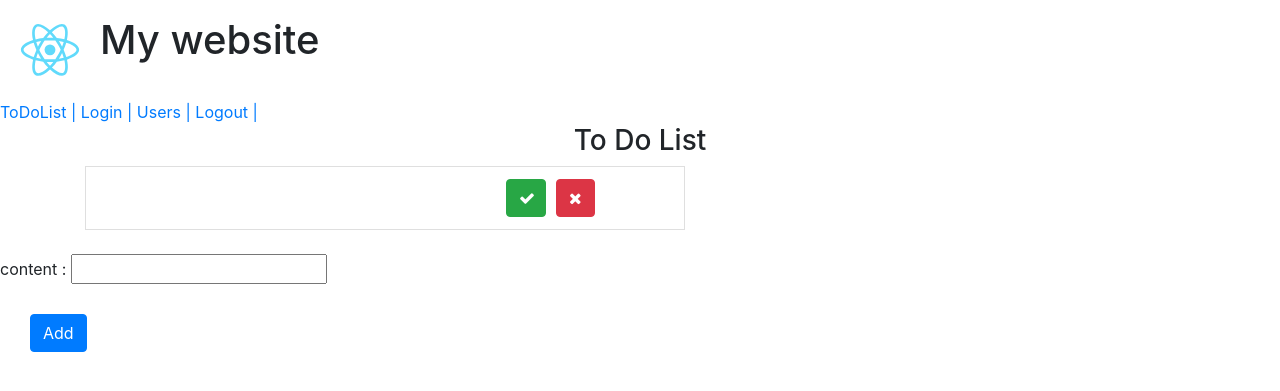
Repository: Marwa-Medhat/ReactJS-Labs
Page: /todolist (app in myapp/), after clicking the first element matching `button.btn`
These files come from the project's save history. The page is drawn as it stood at one moment and after the next save; the edit follows.
The browser window is 1280 px wide. The pictures show the whole page.
The project was rebuilt for these pictures with package versions that can differ from the ones it lists, and the page was loaded fresh each time.

Above is the page before, as saved 2021-04-28 22:25:58.

After the next save:
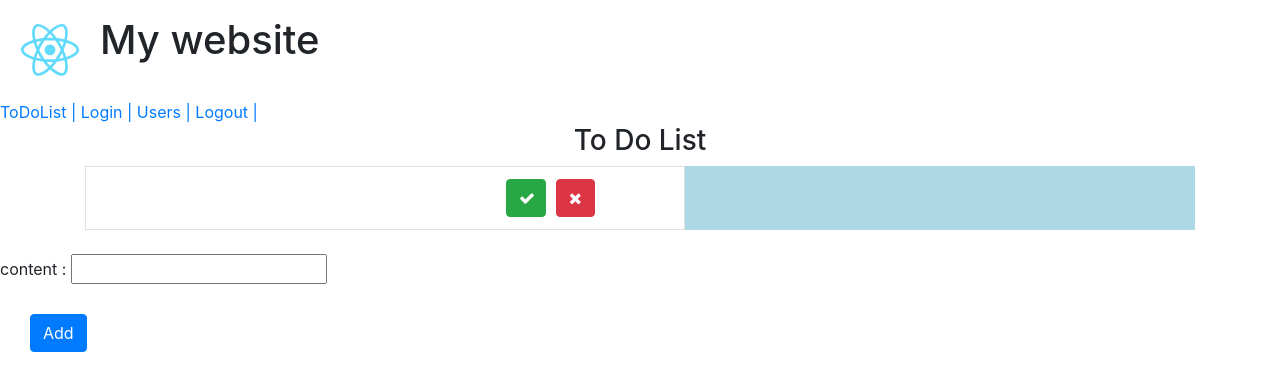
Saved 5 min 5 s later.
--- a/myapp/src/todo.js
+++ b/myapp/src/todo.js
@@ -121,7 +121,7 @@ class DisplayTask extends React.Component{
     // style={{backgroundColor: "lightblue"}}
     render(){
         // let btn_class = this.props.mark ? "blackButton" : "whiteButton";
-        return <div >
+        return <div style={{backgroundColor: "lightblue"}}>
       <a  href="#" class="list-group-item list-group-item-action " style={{width:600 ,fontWeight:'bolder',marginRight:50,}}>{this.props.content.content}
     <button  onClick={this.props.markContent} className="btn btn-success " style={{ marginLeft: 400,marginRight: 10 ,paddingRight:10}}><i className="fa fa-check "></i></button>
     <button onClick={this.props.deleteContent}  className="btn btn-danger" ><i className="fa fa-times btn-danger" ></i></button></a>
